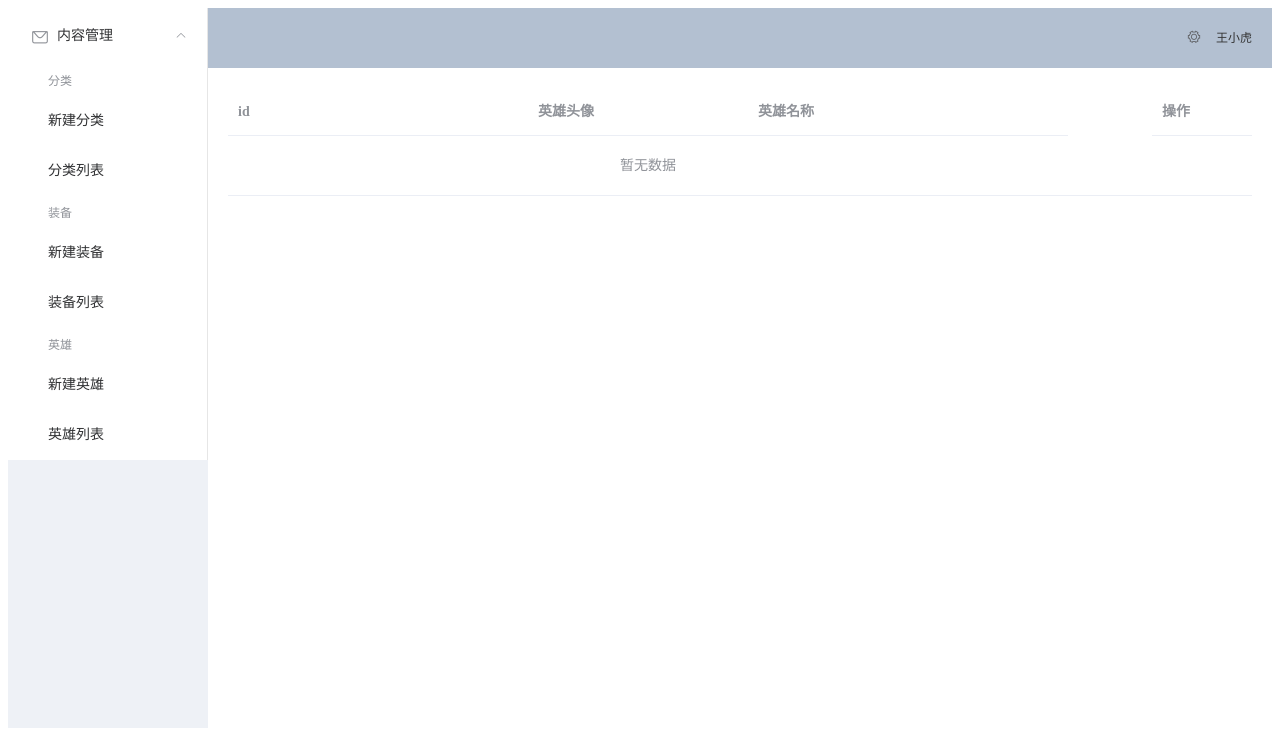
Repository: fish-zmy/wangzherongyao
Page: /#/heroes/list (app in admin/)
The author's editor kept a copy of each file at every save. The page is drawn from the files as they stood at one save, then again after the next save.
The browser window is 1280 px wide. The pictures show the whole page.
The page's requests for data from a server got no answer. The project was rebuilt for these pictures with package versions that can differ from the ones it lists, and the page was loaded fresh each time. No one was signed in, and anything a server would have sent is missing. Also part of the build but not shown: admin/vue.config.js, admin/src/views/CategoryEdit.vue, admin/src/views/CategoryList.vue, admin/src/views/ItemEdit.vue, admin/src/views/ItemList.vue, admin/src/views/HeroEdit.vue.

Above is the page before, as saved 2020-06-17 22:46:45.

After the next save:
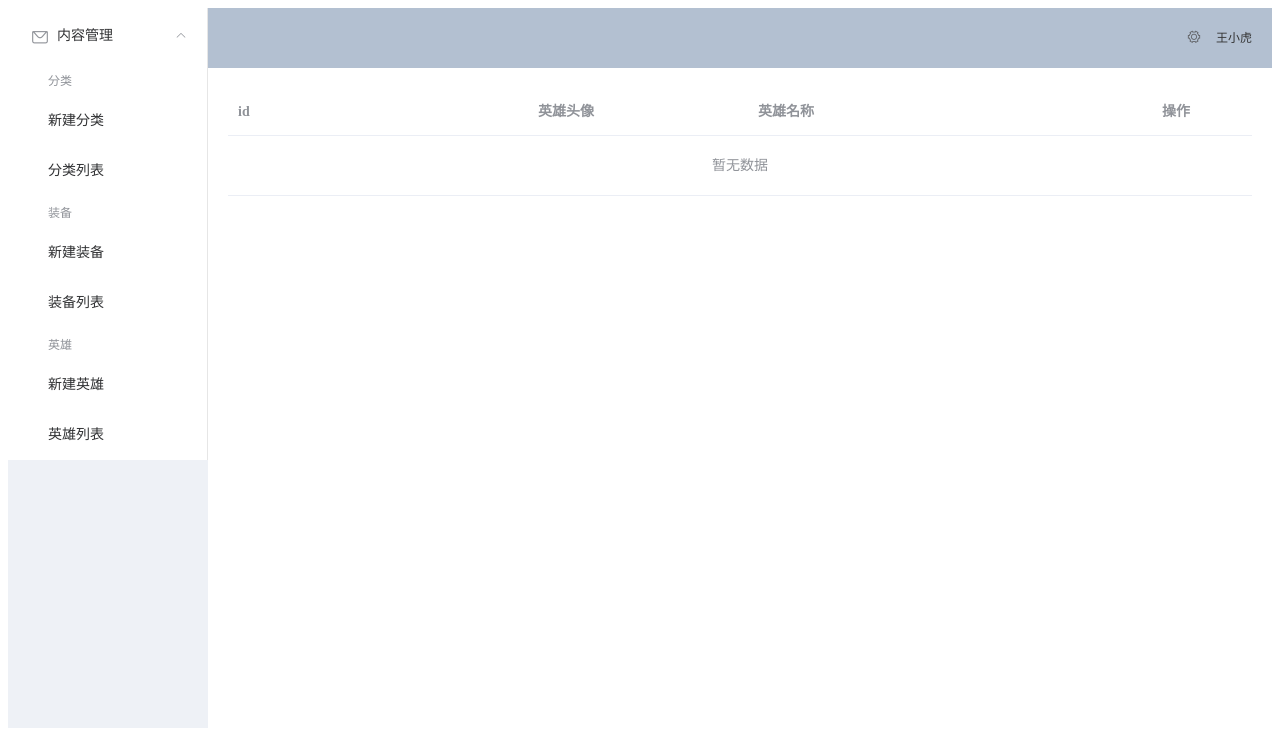
Saved 40 s later.
--- a/admin/src/views/HeroList.vue
+++ b/admin/src/views/HeroList.vue
@@ -8,7 +8,7 @@
        <img :src="scope.row.avatar" style="height:3rem"/>
        </template>
       </el-table-column>
-      <el-table-column prop="name" label="英雄名称" width="220"></el-table-column>
+      <el-table-column prop="name" label="英雄名称" ></el-table-column>
       <el-table-column fixed="right" label="操作" width="100">
         <template v-slot="scope">
           <el-button type="text" size="small"
